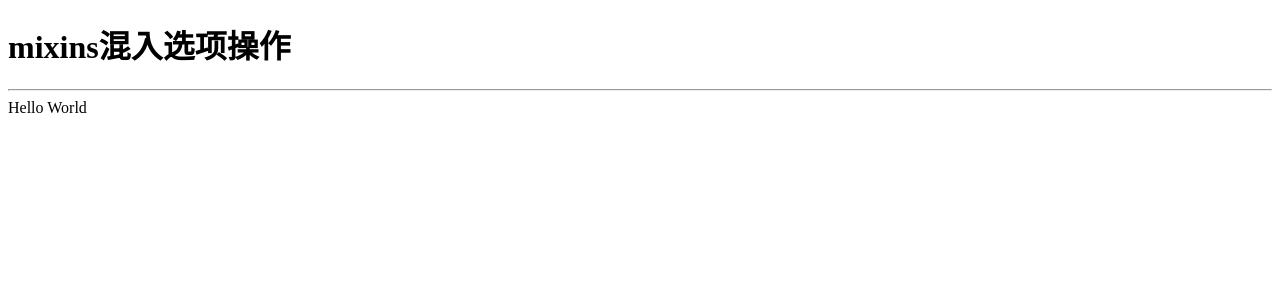
Repository: 13982720426/vue2.0-LearningNotes
Page: example/mixins.html
The author's editor kept a copy of each file at every save. The page is drawn from the files as they stood at one save, then again after the next save.
The browser window is 1280 px wide. The pictures show the whole page.

Above is the page before, as saved 2021-06-25 22:11:16.

### example/mixins.html
<!DOCTYPE html>
<html lang="en">
  <head>
    <meta charset="UTF-8" />
    <meta http-equiv="X-UA-Compatible" content="IE=edge" />
    <meta name="viewport" content="width=device-width, initial-scale=1.0" />
    <title>mixins混入选项操作</title>
    <script type="text/javascript" src="../assets/js/vue.js"></script>
  </head>
  <body>
    <h1>mixins混入选项操作</h1>
    <hr />
    <div id="app">{{message}}</div>
    <script type="text/javascript">
      var app = new Vue({
        el: '#app',
        data: {
          message: 'Hello World',
        },
      });
    </script>
  </body>
</html>

Loaded but not shown: assets/js/vue.js (library)

After the next save:
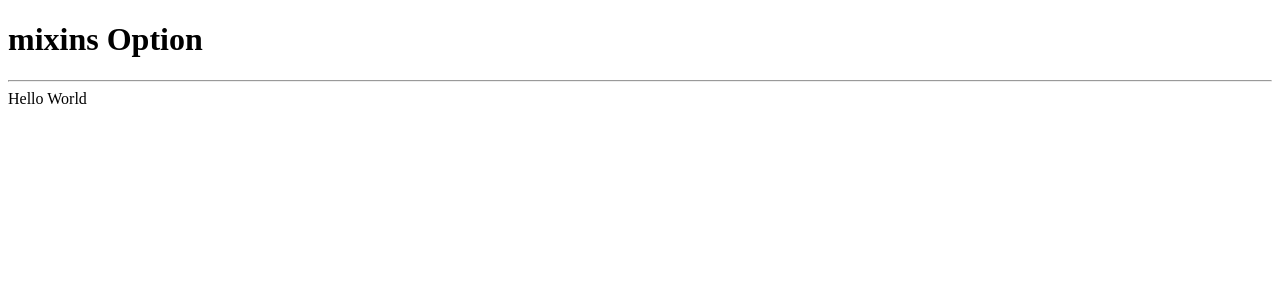
Saved 74 s later.
--- a/example/mixins.html
+++ b/example/mixins.html
@@ -4,11 +4,11 @@
     <meta charset="UTF-8" />
     <meta http-equiv="X-UA-Compatible" content="IE=edge" />
     <meta name="viewport" content="width=device-width, initial-scale=1.0" />
-    <title>mixins混入选项操作</title>
+    <title>mixins Option</title>
     <script type="text/javascript" src="../assets/js/vue.js"></script>
   </head>
   <body>
-    <h1>mixins混入选项操作</h1>
+    <h1>mixins Option</h1>
     <hr />
     <div id="app">{{message}}</div>
     <script type="text/javascript">
